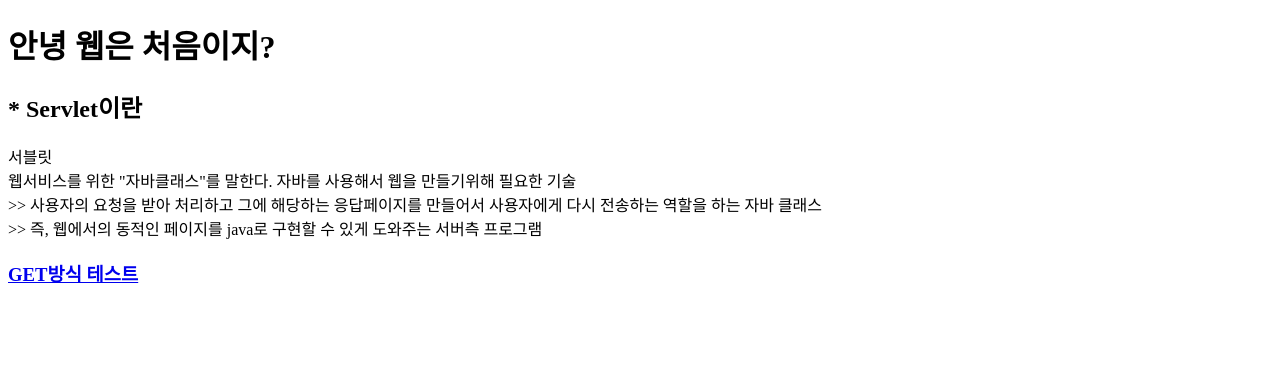
Repository: didwlwd/workspace
Page: 06_Servlet/servlet/src/main/webapp/index.html
These files come from the project's save history. The page is drawn as it stood at one moment and after the next save; the edit follows.
The browser window is 1280 px wide. The pictures show the whole page.

Above is the page before, as saved 2025-02-21 00:36:26.

After the next save:
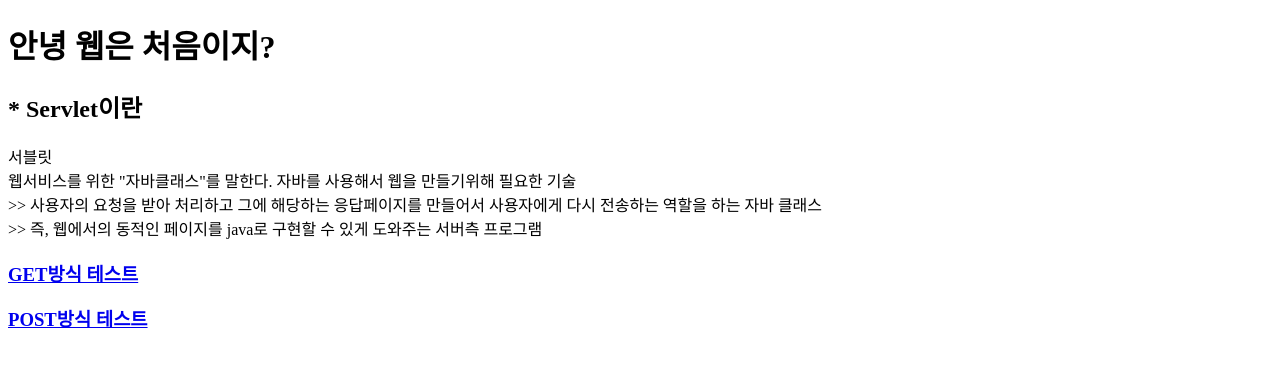
Saved 3 min 0 s later.
--- a/06_Servlet/servlet/src/main/webapp/index.html
+++ b/06_Servlet/servlet/src/main/webapp/index.html
@@ -23,5 +23,6 @@
         front페이지에서 상대경로 -> /로 시작하지 않는 경로이며 시작위치는 현재위치의 마지막 /이다.
     -->
     <h3><a href="views/request_get.html">GET방식 테스트</a></h3>
+    <h3><a href="views/request_post.html">POST방식 테스트</a></h3>
 </body>
 </html>
